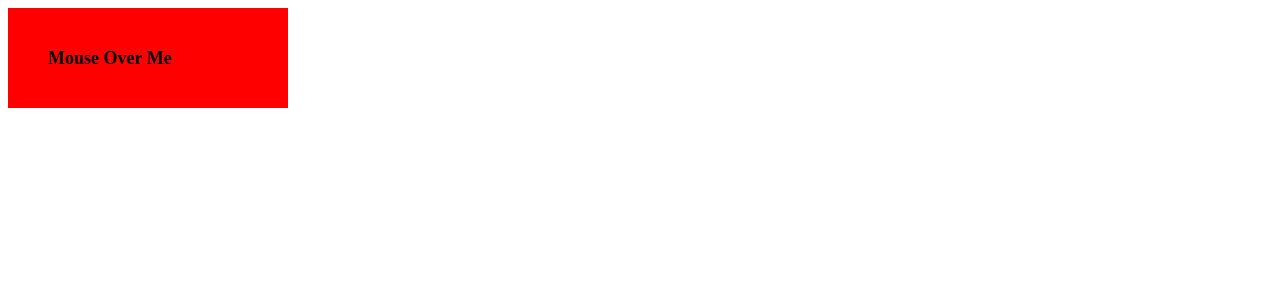
Repository: neem693/workspace
Page: studyhtml5/WebContent/ch05/practice_dom/practice_32.html
The author's editor kept a copy of each file at every save. The page is drawn from the files as they stood at one save, then again after the next save.
The browser window is 1280 px wide. The pictures show the whole page.

Above is the page before, as saved 2018-03-13 04:23:09.

After the next save:
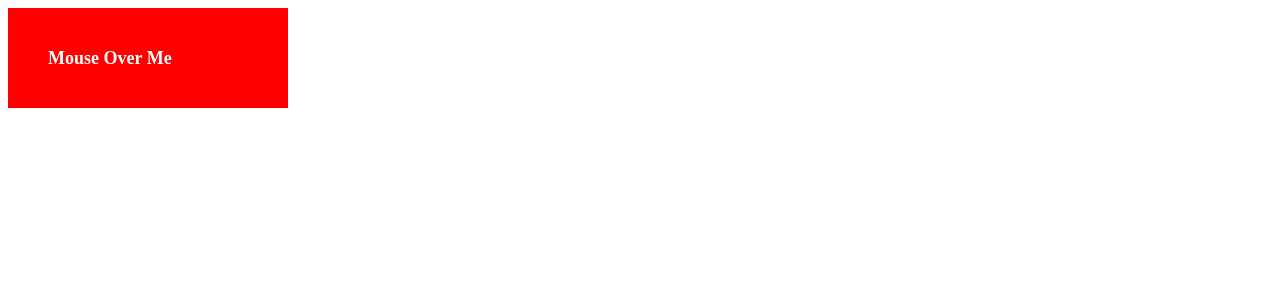
Saved 2 min 50 s later.
--- a/studyhtml5/WebContent/ch05/practice_dom/practice_32.html
+++ b/studyhtml5/WebContent/ch05/practice_dom/practice_32.html
@@ -10,7 +10,7 @@
 <body>
 
 	<div onmousedown="mDown(this)" onmouseup="mUp(this)"
-		style="background-color: red; width: 200px; height: 20px; padding: 40px; font-size: large; font-weight: bold;">Mouse
+		style="background-color: red;color:white; width: 200px; height: 20px; padding: 40px; font-size: large; font-weight: bold;">Mouse
 		Over Me</div>
 
 	<script>
